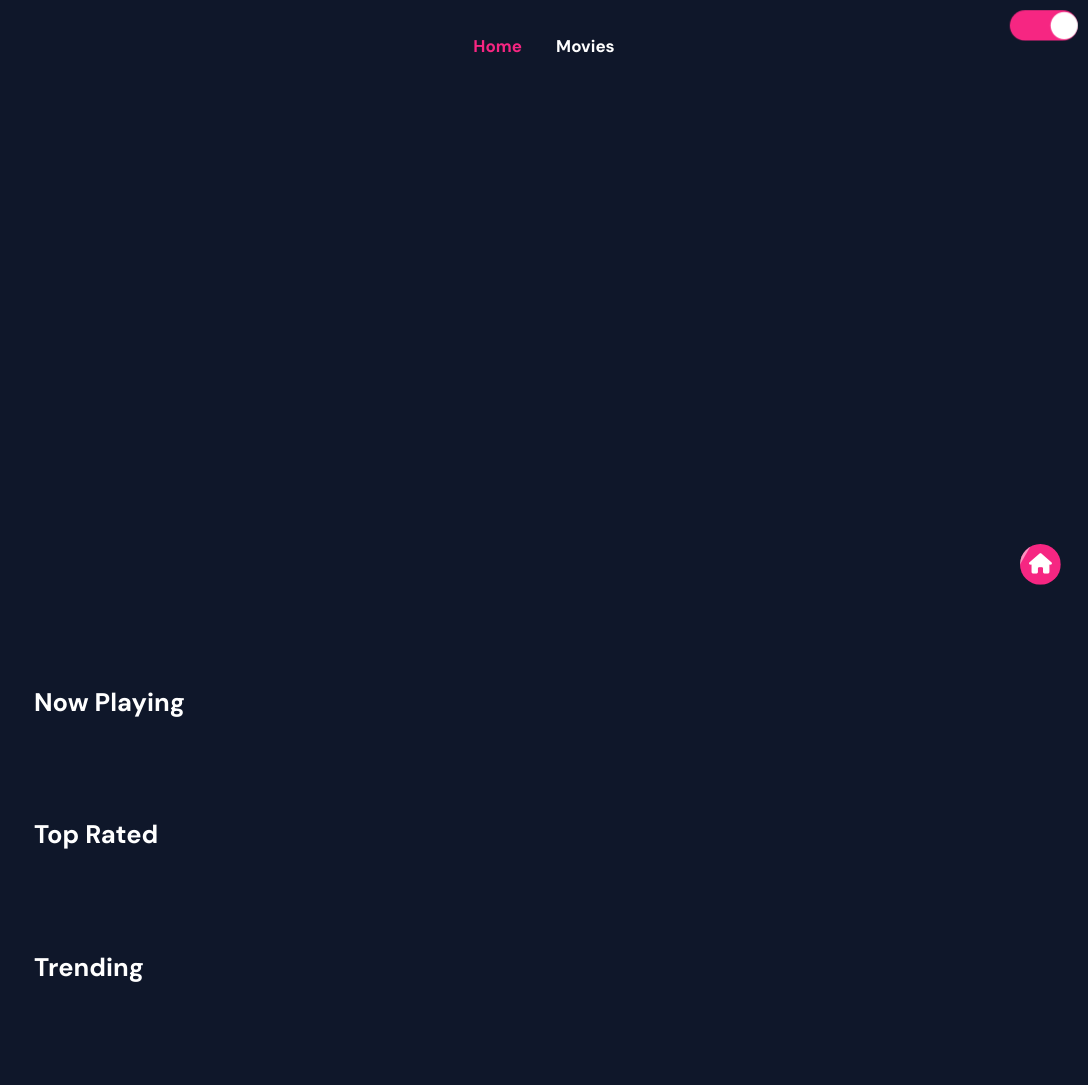
Repository: Linhyum/react-simple-movie
Page: /
These files come from the project's save history. The page is drawn as it stood at one moment and after the next save; the edit follows.
The browser window is 1280 px wide. The pictures show the whole page, at 85% of full size.
The page's requests for data from a server got no answer. The project was rebuilt for these pictures with package versions that can differ from the ones it lists, and the page was loaded fresh each time. No one was signed in, and anything a server would have sent is missing. Also part of the build but not shown: src/components/button/Button.js, src/components/movie/MovieCard.js.

Above is the page before, as saved 2023-04-02 19:30:07.

### public/index.html
<!DOCTYPE html>
<html lang="en">
    <head>
        <meta charset="utf-8" />
        <link rel="icon" href="%PUBLIC_URL%/favicon.ico" />
        <meta name="viewport" content="width=device-width, initial-scale=1" />
        <meta name="theme-color" content="#000000" />
        <meta name="description" content="Web site created using create-react-app" />
        <link rel="apple-touch-icon" href="%PUBLIC_URL%/logo192.png" />
        <!--
      manifest.json provides metadata used when your web app is installed on a
      user's mobile device or desktop. See https://developers.google.com/web/fundamentals/web-app-manifest/
    -->
        <link rel="manifest" href="%PUBLIC_URL%/manifest.json" />
        <link
            rel="stylesheet"
            href="https://cdnjs.cloudflare.com/ajax/libs/font-awesome/6.4.0/css/all.min.css"
            integrity="sha512-iecdLmaskl7CVkqkXNQ/ZH/XLlvWZOJyj7Yy7tcenmpD1ypASozpmT/E0iPtmFIB46ZmdtAc9eNBvH0H/ZpiBw=="
            crossorigin="anonymous"
            referrerpolicy="no-referrer"
        />
        <!--
      Notice the use of %PUBLIC_URL% in the tags above.
      It will be replaced with the URL of the `public` folder during the build.
      Only files inside the `public` folder can be referenced from the HTML.

      Unlike "/favicon.ico" or "favicon.ico", "%PUBLIC_URL%/favicon.ico" will
      work correctly both with client-side routing and a non-root public URL.
      Learn how to configure a non-root public URL by running `npm run build`.
    -->
        <title>React App</title>
    </head>
    <body>
        <noscript>You need to enable JavaScript to run this app.</noscript>
        <div id="root"></div>
        <!--
      This HTML file is a template.
      If you open it directly in the browser, you will see an empty page.

      You can add webfonts, meta tags, or analytics to this file.
      The build step will place the bundled scripts into the <body> tag.

      To begin the development, run `npm start` or `yarn start`.
      To create a production bundle, use `npm run build` or `yarn build`.
    --></body>
</html>

### src/index.js
import React from "react";
import ReactDOM from "react-dom/client";
import "./index.scss";
import App from "./App";
import reportWebVitals from "./reportWebVitals";
import { BrowserRouter } from "react-router-dom";

const root = ReactDOM.createRoot(document.getElementById("root"));
root.render(
    <React.StrictMode>
        <BrowserRouter>
            <App />
        </BrowserRouter>
    </React.StrictMode>
);

// If you want to start measuring performance in your app, pass a function
// to log results (for example: reportWebVitals(console.log))
// or send to an analytics endpoint. Learn more: https://bit.ly/CRA-vitals
reportWebVitals();

### src/index.scss
@tailwind base;
@tailwind components;
@tailwind utilities;
@import url("https://fonts.googleapis.com/css2?family=DM+Sans:wght@400;500;700&display=swap");

@layer base {
    body {
        @apply bg-slate-900 font-body px-5 text-white;
    }

    .pagination {
        display: flex;
        align-items: center;
        justify-content: center;
        column-gap: 30px;
        font-size: 22px;
        font-weight: 500;
    }

    .pagination .active {
        @apply text-primary;
    }

    @media (max-width: 639px) {
        .moive-page {
            @apply grid-cols-1;
        }
    }

    :root {
        --swiper-theme-color: #f62682 !important;
        --swiper-pagination-bullet-inactive-color: #aaa !important;
        --swiper-pagination-bullet-inactive-opacity: 1;
    }
    .swiper-button-prev,
    .swiper-button-next {
        position: absolute !important;
        top: 50% !important;
        width: 60px !important;
        height: 60px !important;
        margin-top: -12.5px !important;
        z-index: 10 !important;
        cursor: pointer !important;
        border-radius: 50% !important;
        background: rgb(204, 204, 204, 0.7) !important;
        transition: all 0.3s ease !important;
        display: flex;
        justify-content: center !important;
        align-items: center !important;
        font-weight: 700 !important;
    }

    .swiper-button-prev {
        left: 0;
    }

    .swiper-button-next {
        right: 0;
    }

    .swiper-button-prev:hover,
    .swiper-button-next:hover {
        background: rgb(204, 204, 204) !important;
    }
    .movie-list .swiper-pagination {
        display: none;
    }

    @media (max-width: 1023px) {
        .banner .swiper-pagination {
            display: none !important;
        }
    }

    /* Tạo thanh cuộn */
    body::-webkit-scrollbar {
        width: 10px;
    }

    /* Tạo màu nền cho thanh cuộn */
    body::-webkit-scrollbar-track {
        background-color: #eee;
    }

    /* Tạo màu cho thanh cuộn */
    body::-webkit-scrollbar-thumb {
        background-color: #f62682;
        border-radius: 5px;
    }
    button {
        position: relative;
        overflow: hidden;
        transition: all 0.3s ease-in-out;
    }

    button:before {
        content: "";
        position: absolute;
        top: 0;
        left: -100%;
        width: 100%;
        height: 100%;
        background-color: rgba(255, 255, 255, 0.5);
        transform: skewX(-30deg);
        transition: all 0.3s ease-in-out;
    }

    button:hover:before {
        left: 0;
    }

    button:hover {
        @apply bg-blue-600;
    }
    button:hover div {
        @apply text-blue-600;
    }
    button div {
        transition: all 0.3s ease-in-out;
    }
}

@layer components {
    .page-container {
        max-width: 1200px;
        @apply mx-auto;
    }
    .movie-list .swiper-slide {
        width: 270px;
    }
    .banner .swiper {
        height: 100%;
    }
    .trailer iframe {
        width: 100%;
        height: 100%;
    }
}

### src/App.js
import { Route, Routes } from "react-router-dom";
import Main from "./components/layout/Main";
// import HomePage from "./pages/HomePage";
// import MovieDetailsPage from "./pages/MovieDetailsPage";
// import MoviePage from "./pages/MoviePage";
import { lazy, Suspense } from "react";

const HomePage = lazy(() => import("./pages/HomePage"));
const MoviePage = lazy(() => import("./pages/MoviePage"));
const MovieDetailsPage = lazy(() => import("./pages/MovieDetailsPage"));

function App() {
    return (
        <Suspense fallback={<></>}>
            <Routes>
                <Route element={<Main></Main>}>
                    <Route path="/" element={<HomePage></HomePage>}></Route>
                    <Route path="/movies" element={<MoviePage></MoviePage>}></Route>
                    <Route
                        path="/movies/:slug"
                        element={<MovieDetailsPage></MovieDetailsPage>}
                    ></Route>
                </Route>
            </Routes>
        </Suspense>
    );
}

export default App;

### src/components/layout/Main.js
import React from "react";
import Header from "./Header";
import { Outlet } from "react-router-dom";
const Main = () => {
    return (
        <>
            <Header></Header>
            <Outlet></Outlet>
        </>
    );
};

export default Main;

### src/pages/HomePage.js
import React from "react";
import Banner from "../components/banner/Banner";
import MovieList from "../components/movie/MovieList";

const HomePage = () => {
    return (
        <>
            <Banner></Banner>
            <section className="movies-layout page-container pb-20">
                <h2 className="capitalize  mb-10 text-3xl font-bold">Now playing</h2>
                <MovieList type={"now_playing"}></MovieList>
            </section>

            <section className="movies-layout page-container pb-20">
                <h2 className="capitalize  mb-10 text-3xl font-bold">Top Rated</h2>
                <MovieList type={"top_rated"}></MovieList>
            </section>

            <section className="movies-layout page-container pb-20">
                <h2 className="capitalize  mb-10 text-3xl font-bold">Trending</h2>
                <MovieList type={"popular"}></MovieList>
            </section>
        </>
    );
};

export default HomePage;

### src/components/layout/Header.js
import React, { useState } from "react";
import { NavLink } from "react-router-dom";

const Header = () => {
    const [dark, setDark] = useState(true);
    const active = ({ isActive }) => isActive && "text-primary";
    const handleClick = () => {
        window.scrollTo({ top: 0, behavior: "smooth" });
    };
    return (
        <>
            <header className="header text-xl font-semibold flex items-center justify-center gap-x-10  py-10 mb-5">
                <NavLink to={"/"} className={active}>
                    Home
                </NavLink>
                <NavLink to={"/movies"} className={active}>
                    Movies
                </NavLink>
            </header>
            <button
                className="fixed z-50 bottom-8 right-8  w-12 h-12 rounded-full bg-primary text-2xl"
                onClick={handleClick}
            >
                <i class="fa-solid fa-house"></i>
            </button>
            <div className="fixed top-3 right-3 z-50">
                <div
                    className={`relative w-20 h-9 flex items-center cursor-pointer rounded-full bg-primary`}
                >
                    <div
                        className={`absolute w-8 h-8 rounded-full bg-white ${
                            dark ? "right-0" : "left-0"
                        }`}
                    ></div>
                </div>
            </div>
        </>
    );
};

export default Header;

### src/components/banner/Banner.js
import React from "react";
import useSWR from "swr";
import { SwiperSlide, Swiper } from "swiper/react";
import "swiper/scss";
import { fetcher, getImg, getMovieList } from "../../config";
import { useNavigate } from "react-router-dom";
import SwiperCore, { Navigation, Pagination, Autoplay } from "swiper";
import "swiper/swiper-bundle.css";
SwiperCore.use([Navigation, Pagination, Autoplay]);
const Banner = () => {
    const { data } = useSWR(getMovieList("upcoming"), fetcher);
    const banners = data?.results || [];
    return (
        <section className="banner h-[600px] page-container mb-20 ">
            <Swiper
                navigation={{ prevEl: ".swiper-button-prev", nextEl: ".swiper-button-next" }}
                autoplay={{ delay: 5000, disableOnInteraction: false }}
                pagination={{ clickable: true }}
                slidesPerView={1}
            >
                {banners.length > 0 &&
                    banners.map((item) => (
                        <SwiperSlide key={item.id}>
                            <BannerItem info={item}></BannerItem>
                        </SwiperSlide>
                    ))}
                <div className="swiper-button-prev"></div>
                <div className="swiper-button-next"></div>
            </Swiper>
        </section>
    );
};

const BannerItem = ({ info }) => {
    const navigate = useNavigate();
    return (
        <div className="w-full h-full rounded-lg relative text-white">
            <div className="overlay absolute inset-0 bg-gradient-to-t from-[rgba(0,0,0,0.7)] to-[rgba(0,0,0,0.2)] rounded-lg"></div>
            <img
                src={getImg(info.poster_path)}
                alt=""
                className="w-full h-full object-cover rounded-lg"
            />
            <div className="absolute left-5 bottom-5 w-full ">
                <h2 className="font-bold text-3xl mb-5">{info.title}</h2>
                <div className="flex items-center gap-x-3 mb-8">
                    <span className="cursor-pointer py-2 px-4 border border-white rounded-md">
                        Adventure
                    </span>
                    <span className="cursor-pointer py-2 px-4 border border-white rounded-md">
                        Adventure
                    </span>
                    <span className="cursor-pointer py-2 px-4 border border-white rounded-md">
                        Adventure
                    </span>
                </div>
                <button
                    onClick={() => navigate(`/movies/${info.id}`)}
                    className="py-3 flex items-center justify-center gap-x-3 px-6 rounded-lg bg-primary text-xl  font-bold"
                >
                    <span>Watch Now</span>
                    <div className="w-10 h-10 rounded-full bg-white text-primary flex items-center justify-center">
                        <i class="fa-solid fa-play"></i>
                    </div>
                </button>
            </div>
        </div>
    );
};

export default Banner;

### src/components/movie/MovieList.js
import React from "react";
import { SwiperSlide, Swiper } from "swiper/react";
import "swiper/scss";
import useSWR from "swr";
import { fetcher, getMovieList } from "../../config";
import MovieCard from "./MovieCard";
import SwiperCore, { Navigation, Pagination, Autoplay } from "swiper";
import "swiper/swiper-bundle.css";
SwiperCore.use([Navigation, Pagination, Autoplay]);
//https://api.themoviedb.org/3/movie/now_playing?api_key=<<api_key>>
//https://api.themoviedb.org/3/movie/popular?api_key=<<api_key>>
//https://api.themoviedb.org/3/movie/top_rated?api_key=<<api_key>>
let slidesPerView = 0;
const MovieList = ({ type }) => {
    const { data } = useSWR(getMovieList(type), fetcher);
    const movies = data?.results || [];
    return (
        <div className="movie-list">
            <Swiper
                navigation={{ prevEl: ".swiper-button-prev", nextEl: ".swiper-button-next" }}
                spaceBetween={30}
                slidesPerView={slidesPerView}
                grabCursor={true}
                breakpoints={{
                    0: {
                        slidesPerView: 1,
                        spaceBetween: 0,
                    },
                    640: {
                        slidesPerView: 2,
                        spaceBetween: 20,
                    },
                    768: {
                        slidesPerView: 3,
                        spaceBetween: 20,
                    },
                    1024: {
                        slidesPerView: 4,
                        spaceBetween: 30,
                    },
                    1280: {
                        slidesPerView: 4,
                        spaceBetween: 30,
                    },
                    1536: {
                        slidesPerView: 5,
                        spaceBetween: 40,
                    },
                }}
            >
                {movies.length > 0 &&
                    movies.map((item) => (
                        <SwiperSlide key={item.id}>
                            <MovieCard info={item}></MovieCard>
                        </SwiperSlide>
                    ))}
                <div className="swiper-button-prev"></div>
                <div className="swiper-button-next"></div>
            </Swiper>
        </div>
    );
};

export default MovieList;

### src/config.js
const fetcher = (...args) => fetch(...args).then((res) => res.json());
const getMovieList = (type1 = "", type2 = "", type3 = "") =>
    `https://api.themoviedb.org/3${type3}/movie/${type1}${type2}?api_key=9e4dcf244e30611641c2a44c752a2353`;
const getImg = (type) => `https://image.tmdb.org/t/p/original${type}`;
export { fetcher, getMovieList, getImg };

### tailwind.config.js
/** @type {import('tailwindcss').Config} */
module.exports = {
    content: ["./src/**/*.{js,jsx,ts,tsx}"],
    theme: {
        extend: {
            fontFamily: {
                body: ["DM Sans", "sans-serif"],
            },
            colors: {
                primary: "#f62682",
            },
        },
    },
    plugins: [],
};

Loaded but not shown: src/reportWebVitals.js (common file)

After the next save:
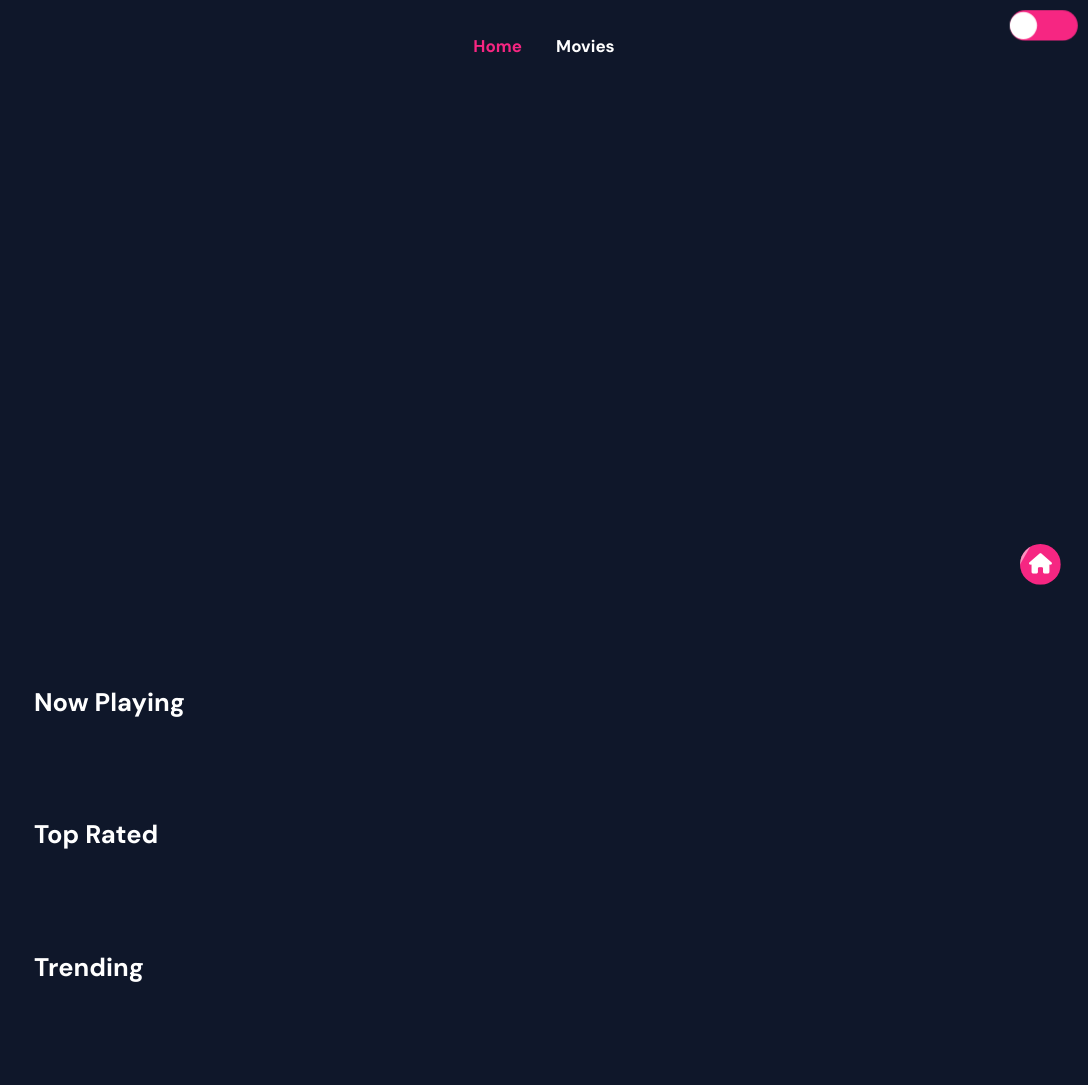
Saved 38 s later.
--- a/src/components/layout/Header.js
+++ b/src/components/layout/Header.js
@@ -2,7 +2,7 @@
 import { NavLink } from "react-router-dom";
 
 const Header = () => {
-    const [dark, setDark] = useState(true);
+    const [dark, setDark] = useState(false);
     const active = ({ isActive }) => isActive && "text-primary";
     const handleClick = () => {
         window.scrollTo({ top: 0, behavior: "smooth" });

After the save that followed:
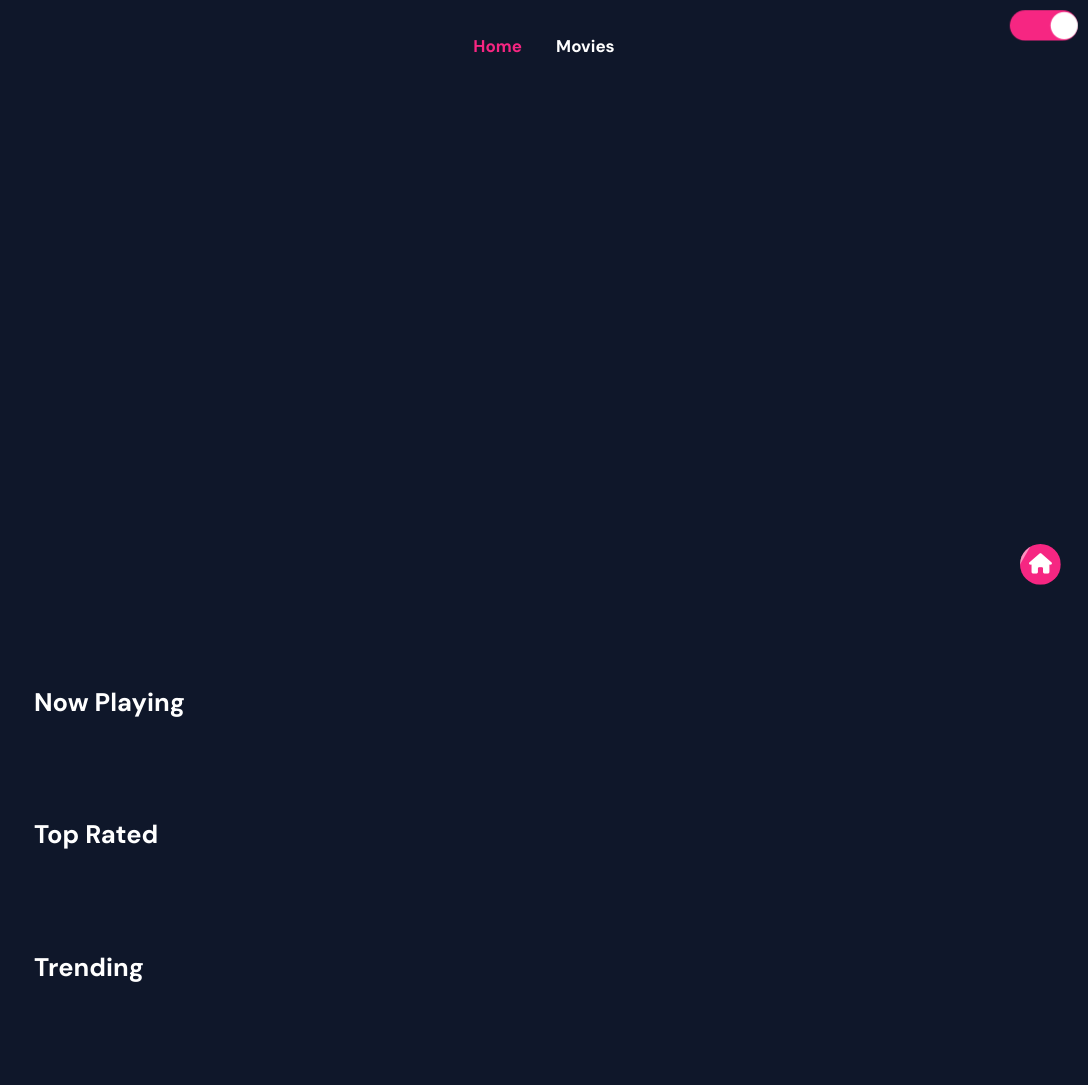
Saved 4 s later.
--- a/src/components/layout/Header.js
+++ b/src/components/layout/Header.js
@@ -2,7 +2,7 @@
 import { NavLink } from "react-router-dom";
 
 const Header = () => {
-    const [dark, setDark] = useState(false);
+    const [dark, setDark] = useState(true);
     const active = ({ isActive }) => isActive && "text-primary";
     const handleClick = () => {
         window.scrollTo({ top: 0, behavior: "smooth" });
